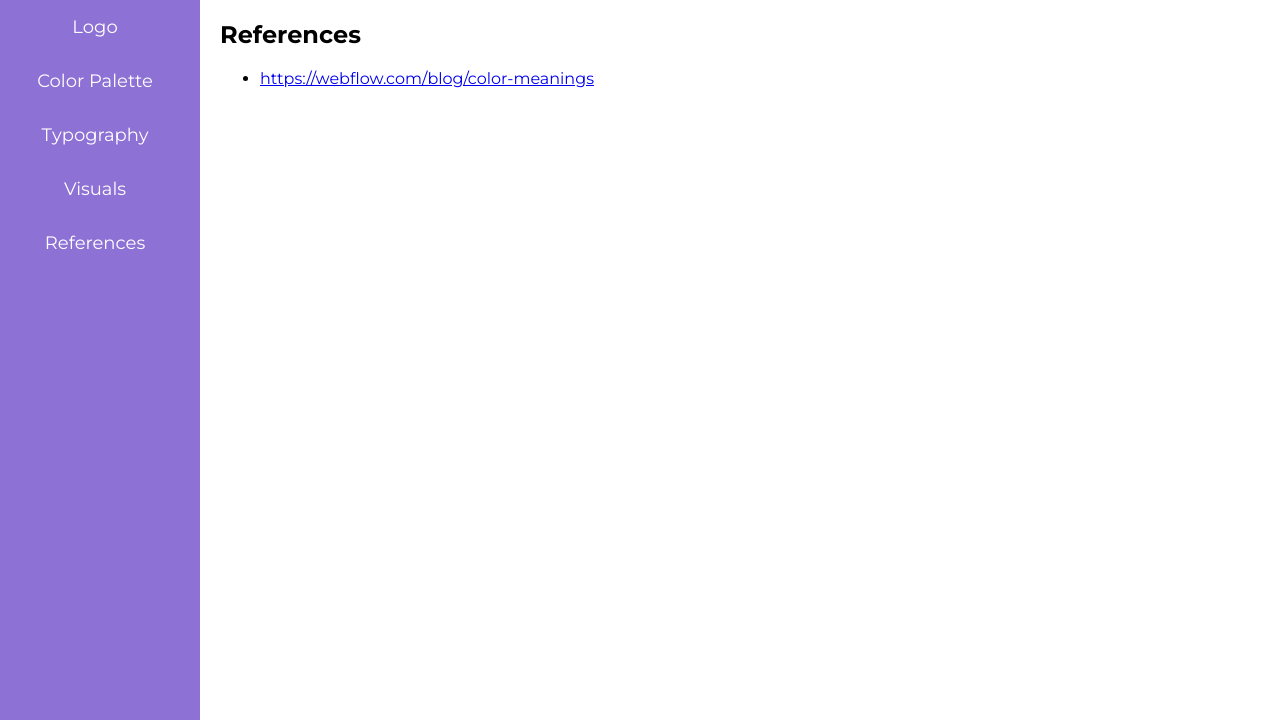
Repository: Irinalimm/PocketProfs-A5Styleguide
Page: pages/references.html
These files come from the project's save history. The page is drawn as it stood at one moment and after the next save; the edit follows.
The browser window is 1280 px wide. The pictures show the whole page.
Some web libraries are served in a nearby version.

Above is the page before, as saved 2024-04-10 22:18:47.

After the next save:
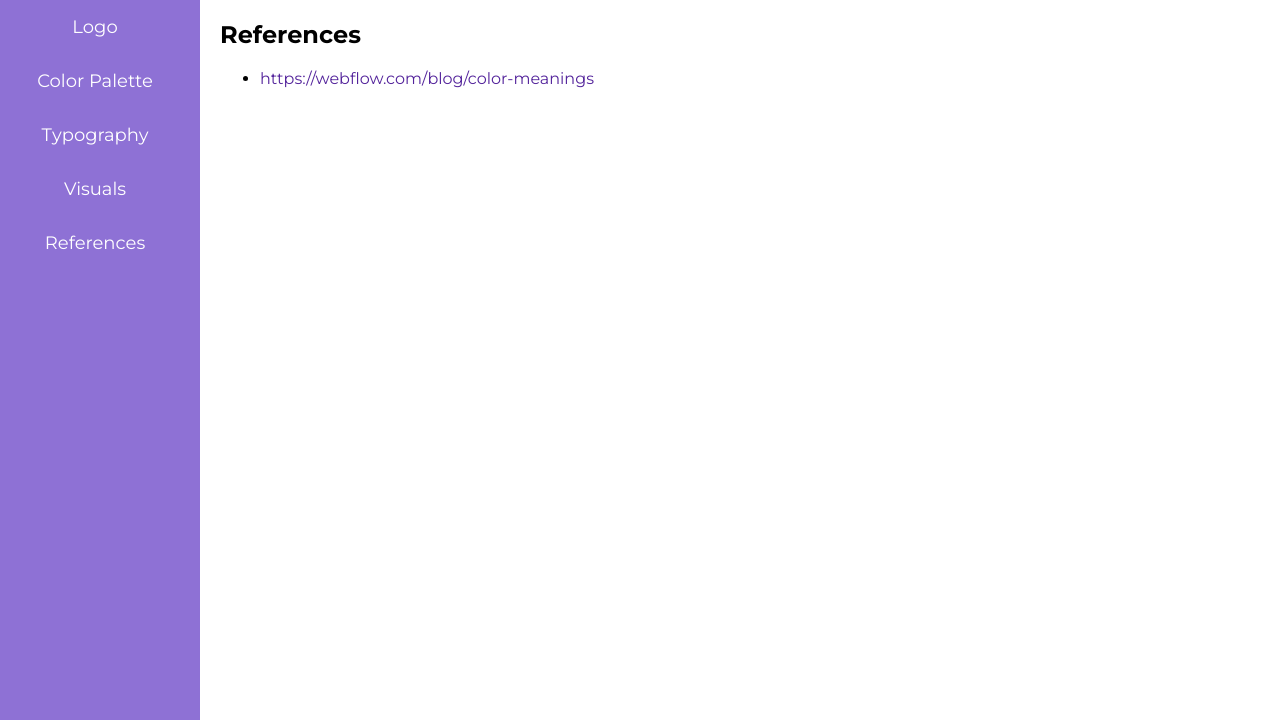
Saved 53 s later.
--- a/css/references.css
+++ b/css/references.css
@@ -7,7 +7,14 @@
     font-family: "Montserrat", sans-serif;
   }
 
+  a{
+    color: #53239B;
 
+  }
+
+  a:link, a:visited{
+    text-decoration: none;
+  }
 
   /* Style the side navigation */
   .sidenav {
